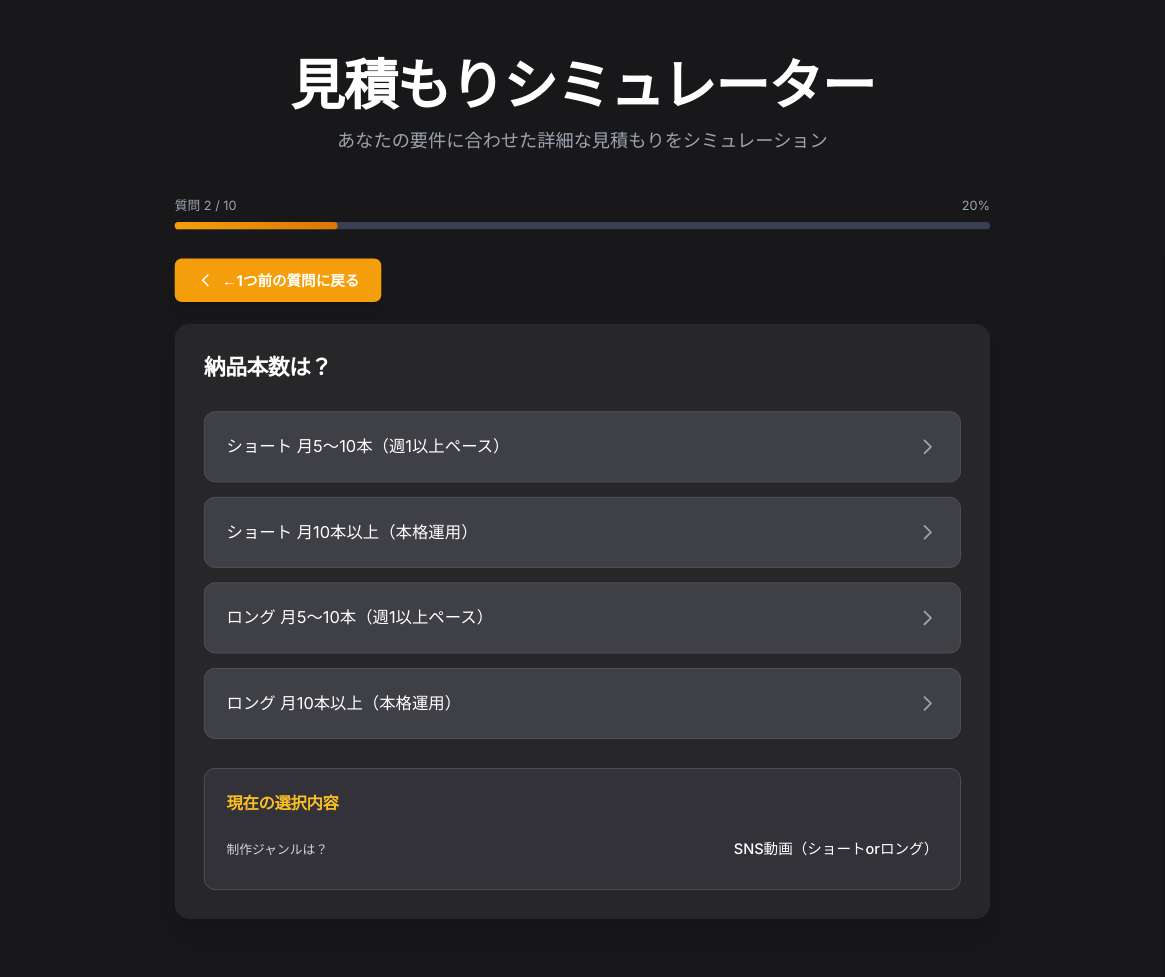
Repository: LOGICA-2020-03-12/PROMOAI_ServiceSite
Page: /estimate, after clicking the first element matching `button.w-full`
An editor plug-in stored every save of this project. The page is shown before and after the next save, followed by the edit.
The browser window is 1280 px wide. The pictures show the whole page, at 91% of full size.
The page's requests for data from a server got no answer. The project was rebuilt for these pictures with package versions that can differ from the ones it lists, and the page was loaded fresh each time. The framework's server and built-in components were replaced by stand-ins that run in the browser. No one was signed in, and anything a server would have sent is missing. Also part of the build but not shown: next.config.ts.

Above is the page before, as saved 2025-08-08 17:07:02.

After the next save:
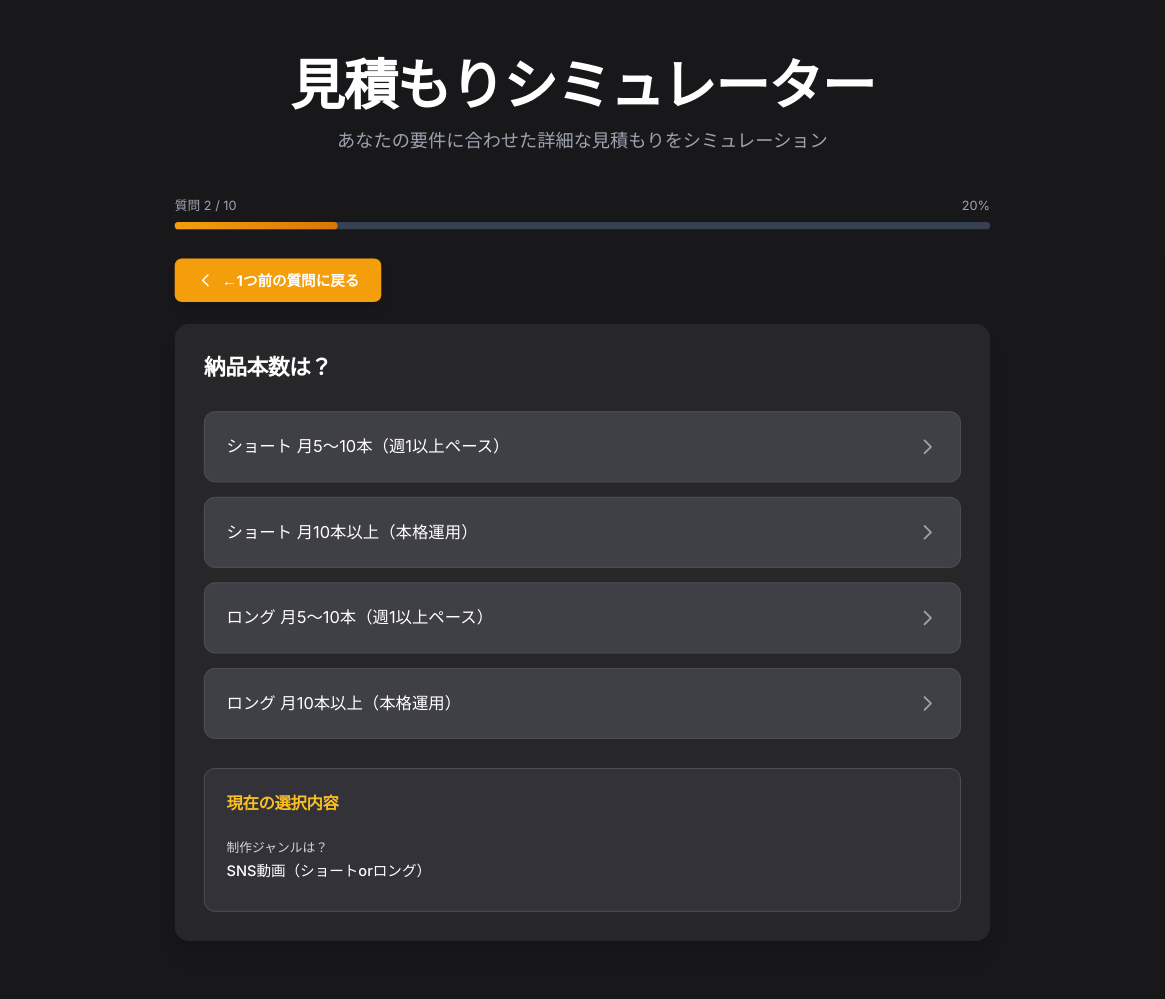
Saved 3 min 42 s later.
--- a/src/app/estimate/page.tsx
+++ b/src/app/estimate/page.tsx
@@ -370,13 +370,13 @@ const EstimateSimulator = () => {
                       {Object.entries(estimateData)
                         .filter(([key, value]) => value && key !== questions[currentStep].id)
                         .map(([key, value]) => (
-                          <div key={key} className="flex justify-between items-center py-2 border-b border-zinc-600 last:border-b-0">
-                            <span className="text-gray-300 text-sm">
+                          <div key={key} className="py-2 border-b border-zinc-600 last:border-b-0">
+                            <div className="text-gray-300 text-sm mb-1">
                               {questions.find(q => q.id === key)?.question}
-                            </span>
-                            <span className="text-white font-medium">
+                            </div>
+                            <div className="text-white font-medium">
                               {value}
-                            </span>
+                            </div>
                           </div>
                         ))}
                     </div>
